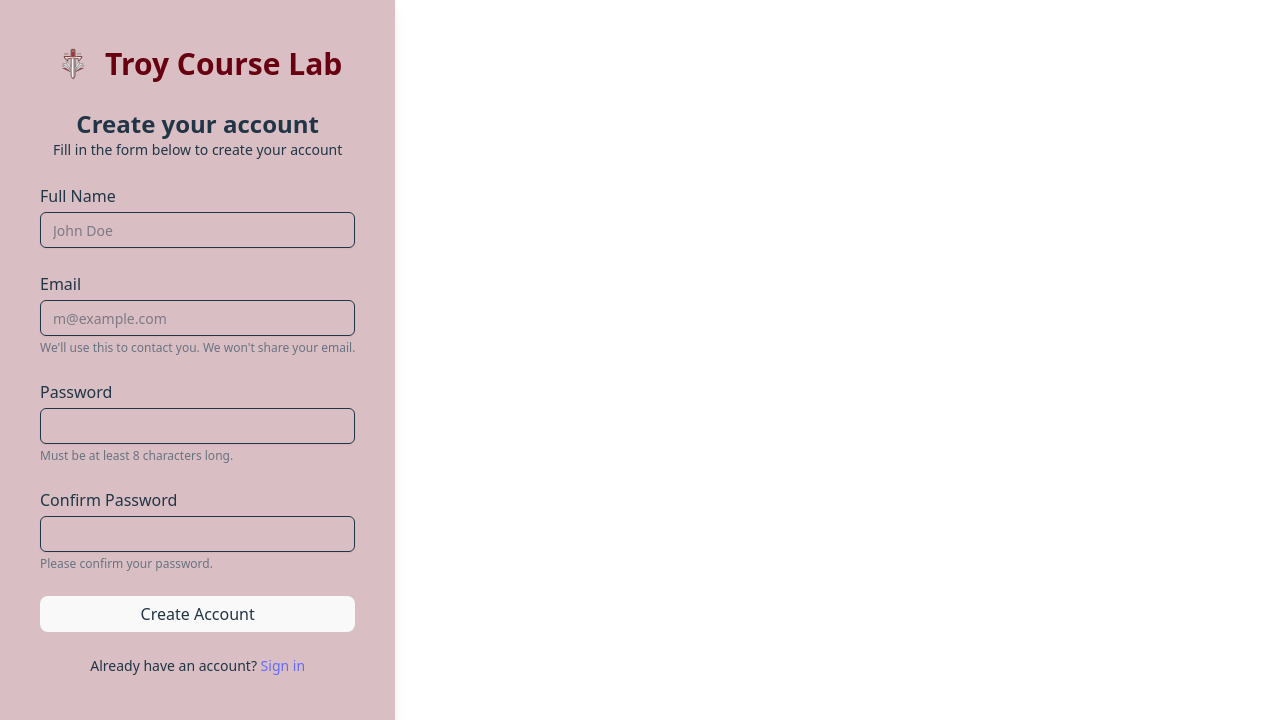
Repository: toilatrung/auth-ui-kit
Page: /register
These files come from the project's save history. The page is drawn as it stood at one moment and after the next save; the edit follows.
The browser window is 1280 px wide. The pictures show the whole page.
The project was rebuilt for these pictures with package versions that can differ from the ones it lists, and the page was loaded fresh each time. Also part of the build but not shown: vite.config.ts, src/pages/LoginPage.tsx.

Above is the page before, as saved 2025-11-01 17:31:35.

After the next save:
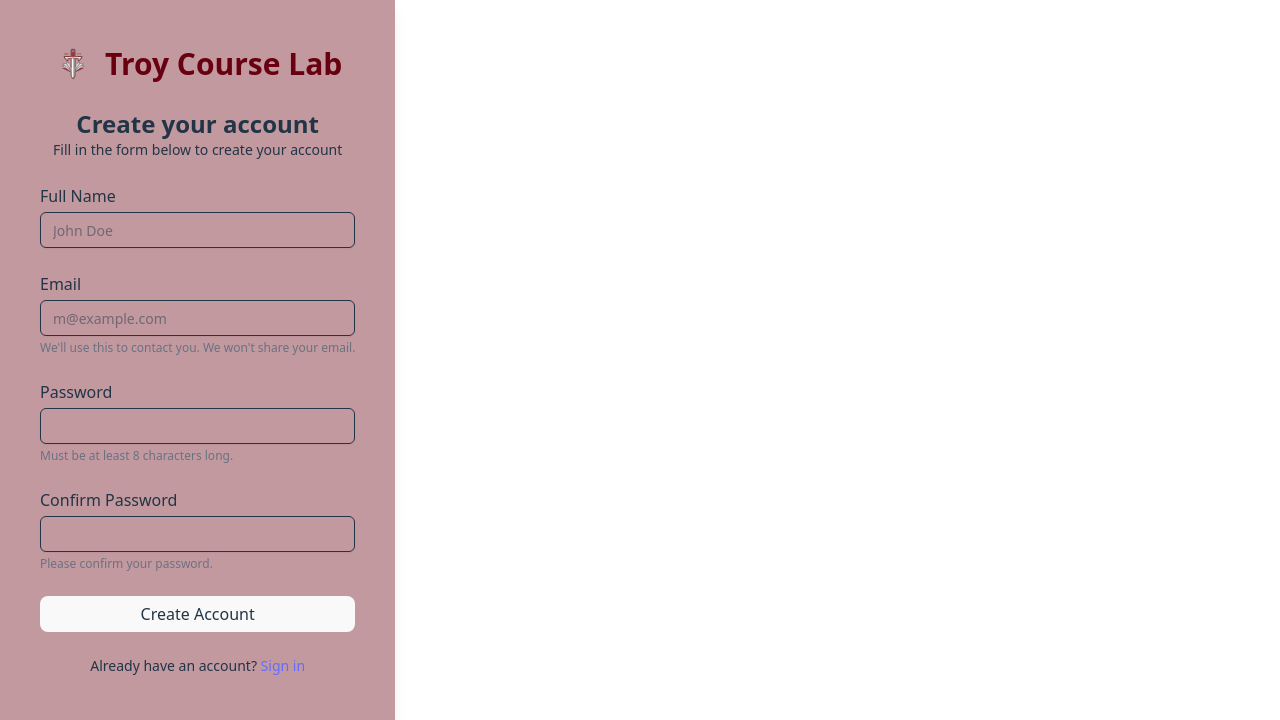
Saved 25 s later.
--- a/src/pages/RegisterPage.tsx
+++ b/src/pages/RegisterPage.tsx
@@ -4,7 +4,7 @@
   return (
     <div className="flex min-h-screen bg-[#680011]">
       {/* Phần form chiếm toàn bộ chiều cao, nằm bên phải */}
-      <div className="flex flex-col justify-center items-center w-full max-w-md ml-auto bg-white/75 backdrop-blur-sm p-10 shadow-lg">
+      <div className="flex flex-col justify-center items-center w-full max-w-md ml-auto bg-white/60 backdrop-blur-sm p-10 shadow-lg">
         {/* Logo + Title */}
         <div className="flex items-center justify-center gap-3 mb-6">
           <img
